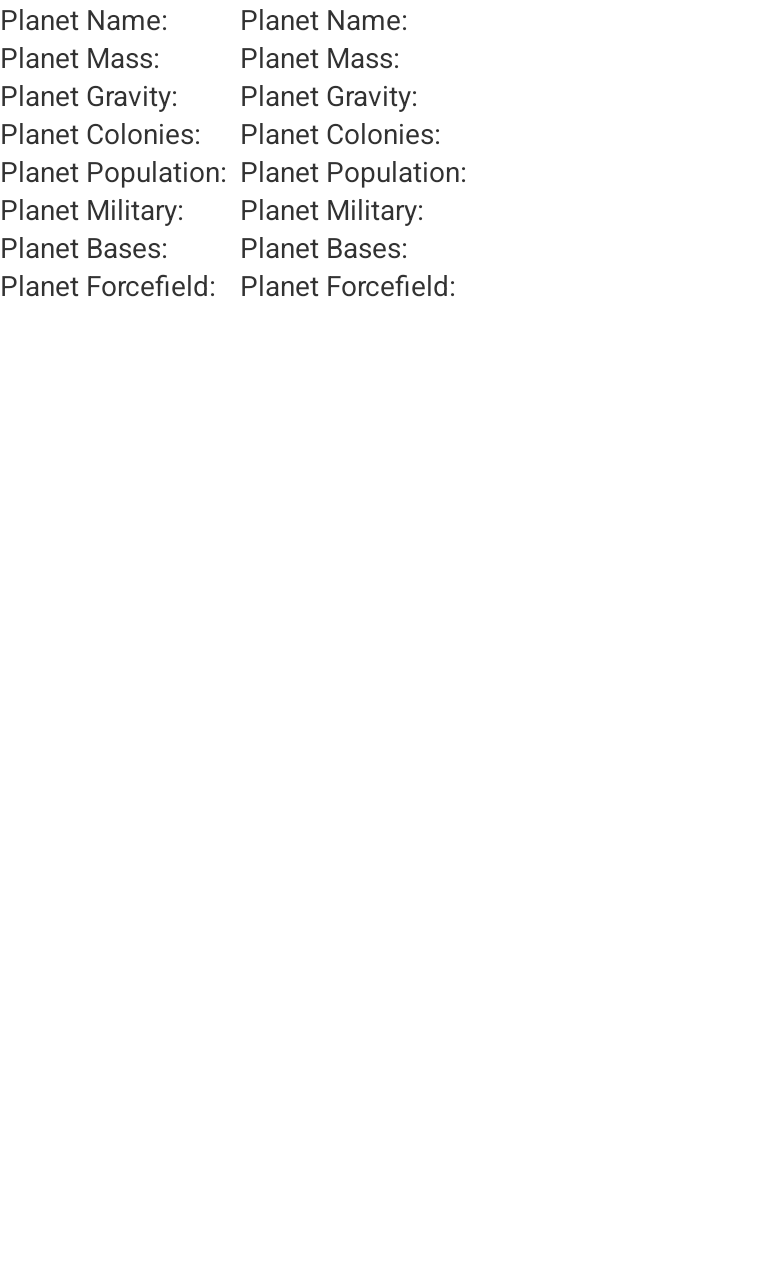
Repository: blender-head/android_basic
Layout: Hello_World/res/layout/activity_main.xml
These files come from the project's save history. The layout is drawn as it stood at one moment and after the next save; the edit follows.
It is drawn on a 768 x 1280 px phone screen (xhdpi) without system bars, with theme AppTheme; the app's code is not run. The app's manifest (not shown) leaves right-to-left support off. So textAlignment, textDirection and layoutDirection are ignored, and left and right values win over start and end ones.

Above is the layout before, as saved 2013-12-31 16:51:14.

### Hello_World/res/layout/activity_main.xml
<RelativeLayout xmlns:android="http://schemas.android.com/apk/res/android"
    xmlns:tools="http://schemas.android.com/tools"
    android:layout_width="match_parent"
    android:layout_height="match_parent"
    tools:context=".MainActivity" >

    <!-- Planet Name label -->
	<TextView
        android:id="@+id/textView1"
        android:layout_width="wrap_content"
        android:layout_height="wrap_content"
        android:text="@string/planet_name_label" />

	<!-- Planet Name data -->
	<TextView
        android:id="@+id/dataView1"
        android:layout_toRightOf="@+id/textView1"
        android:layout_marginLeft="36dip"
        android:layout_width="wrap_content"
        android:layout_height="wrap_content"
        android:text="@string/planet_name_label" />

	<!-- Planet Mass label -->
	<TextView
        android:id="@+id/textView2"
        android:layout_below="@+id/textView1"
        android:layout_width="wrap_content"
        android:layout_height="wrap_content"
        android:text="@string/planet_mass_label" />

	<!-- Planet Gravity label -->
	<TextView
        android:id="@+id/textView3"
        android:layout_below="@+id/textView2"
        android:layout_width="wrap_content"
        android:layout_height="wrap_content"
        android:text="@string/planet_gravity_label" />

	<!-- Planet Gravity data -->
	<TextView
        android:id="@+id/dataView3"
        android:layout_toRightOf="@+id/textView3"
        android:layout_alignStart="@+id/dataView1"
        android:layout_below="@+id/dataView2"
        android:layout_width="wrap_content"
        android:layout_height="wrap_content"
        android:text="@string/planet_gravity_label" />

	<!-- Planet Colonies label -->
	<TextView
        android:id="@+id/textView4"
        android:layout_below="@+id/textView3"
        android:layout_width="wrap_content"
        android:layout_height="wrap_content"
        android:text="@string/planet_colonies_label" />

	<!-- Planet Colonies data -->
	<TextView
        android:id="@+id/dataView4"
        android:layout_toRightOf="@+id/textView4"
        android:layout_alignStart="@+id/dataView1"
        android:layout_below="@+id/dataView3"
        android:layout_width="wrap_content"
        android:layout_height="wrap_content"
        android:text="@string/planet_colonies_label" />

	<!-- Planet Poulation label -->
	<TextView
        android:id="@+id/textView5"
        android:layout_below="@+id/textView4"
        android:layout_width="wrap_content"
        android:layout_height="wrap_content"
        android:text="@string/planet_population_label" />

	<!-- Planet Poulation data -->
	<TextView
        android:id="@+id/dataView5"
        android:layout_toRightOf="@+id/textView5"
        android:layout_alignStart="@+id/dataView1"
        android:layout_below="@+id/dataView4"
        android:layout_width="wrap_content"
        android:layout_height="wrap_content"
        android:text="@string/planet_population_label" />

	<!-- Planet Military label -->
	<TextView
        android:id="@+id/textView6"
        android:layout_below="@+id/textView5"
        android:layout_width="wrap_content"
        android:layout_height="wrap_content"
        android:text="@string/planet_military_label" />

	<!-- Planet Military data -->
	<TextView
        android:id="@+id/dataView6"
        android:layout_toRightOf="@+id/textView6"
        android:layout_alignStart="@+id/dataView1"
        android:layout_below="@+id/dataView5"
        android:layout_width="wrap_content"
        android:layout_height="wrap_content"
        android:text="@string/planet_military_label" />

	<!-- Planet Base label -->
	<TextView
        android:id="@+id/textView7"
        android:layout_below="@+id/textView6"
        android:layout_width="wrap_content"
        android:layout_height="wrap_content"
        android:text="@string/planet_bases_label" />

	<!-- Planet Base data -->
	<TextView
        android:id="@+id/dataView7"
        android:layout_toRightOf="@+id/textView7"
        android:layout_alignStart="@+id/dataView1"
        android:layout_below="@+id/dataView6"
        android:layout_width="wrap_content"
        android:layout_height="wrap_content"
        android:text="@string/planet_bases_label" />

	<!-- Planet Force Field label -->
	<TextView
        android:id="@+id/textView8"
        android:layout_below="@+id/textView7"
        android:layout_width="wrap_content"
        android:layout_height="wrap_content"
        android:text="@string/planet_forcefield_label" />

	<!-- Planet Force Field data -->
	<TextView
        android:id="@+id/dataView8"
        android:layout_toRightOf="@+id/textView8"
        android:layout_alignStart="@+id/dataView1"
        android:layout_below="@+id/dataView7"
        android:layout_width="wrap_content"
        android:layout_height="wrap_content"
        android:text="@string/planet_forcefield_label" />

	<!-- Planet Mass data -->
	<TextView
	    android:id="@+id/dataView2"
	    android:layout_width="wrap_content"
	    android:layout_height="wrap_content"
	    android:layout_alignBaseline="@+id/textView2"
	    android:layout_alignBottom="@+id/textView2"
	    android:layout_alignLeft="@+id/dataView1"
	    android:layout_alignStart="@+id/dataView1"
	    android:text="@string/planet_mass_label" />

</RelativeLayout>

### Hello_World/res/values/strings.xml
<?xml version="1.0" encoding="utf-8"?>
<resources>

    <string name="app_name">Hello_World</string>
    <string name="action_settings">Settings</string>
    <string name="hello_world">Hello world!</string>

    <string name="planet_name_label">Planet Name: </string>
	<string name="planet_mass_label">Planet Mass: </string>
	<string name="planet_gravity_label">Planet Gravity: </string>
	<string name="planet_colonies_label">Planet Colonies: </string>
	<string name="planet_population_label">Planet Population: </string>
	<string name="planet_military_label">Planet Military: </string>
	<string name="planet_bases_label">Planet Bases: </string>
	<string name="planet_forcefield_label">Planet Forcefield: </string>

</resources>

Loaded but not shown: Hello_World/res/values/styles.xml (common file); Hello_World/res/values-v11/styles.xml (common file); Hello_World/res/values-v14/styles.xml (common file)

After the next save:
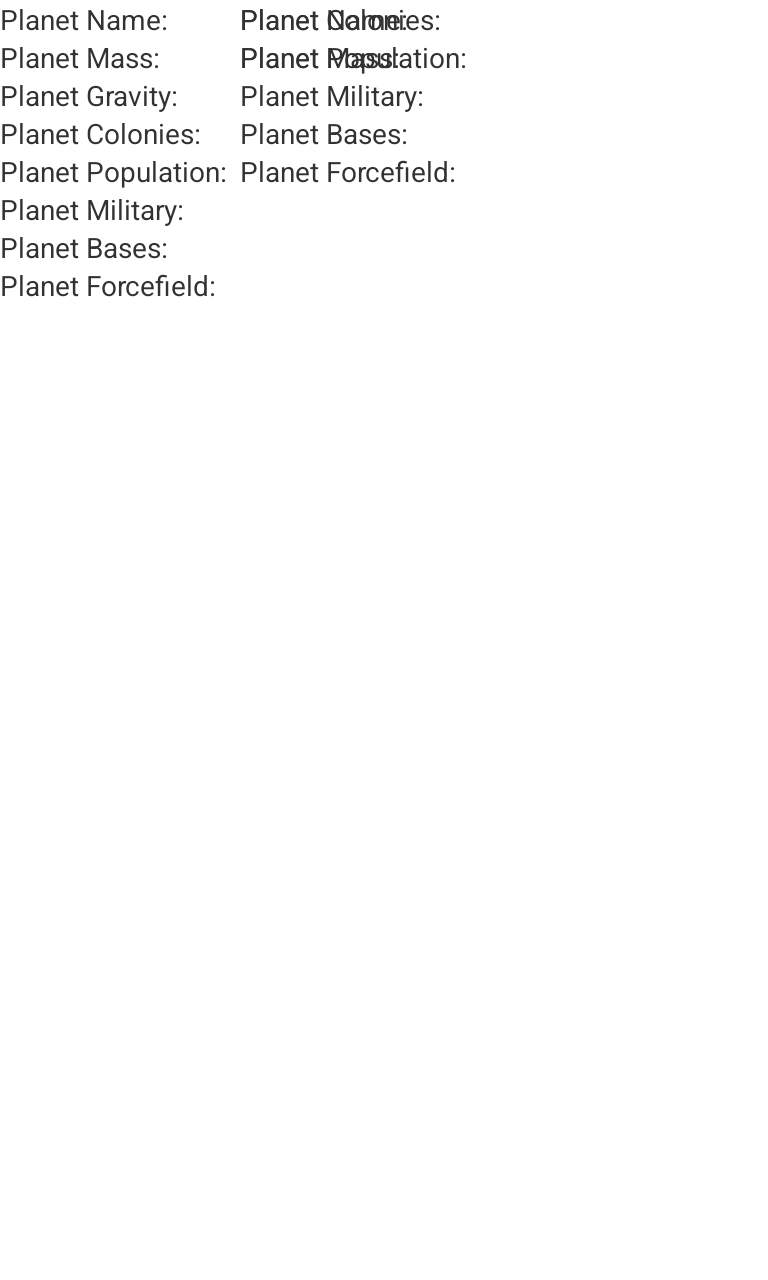
Saved 17 s later.
--- a/Hello_World/res/layout/activity_main.xml
+++ b/Hello_World/res/layout/activity_main.xml
@@ -32,16 +32,6 @@
 	<TextView
         android:id="@+id/textView3"
         android:layout_below="@+id/textView2"
-        android:layout_width="wrap_content"
-        android:layout_height="wrap_content"
-        android:text="@string/planet_gravity_label" />
-
-	<!-- Planet Gravity data -->
-	<TextView
-        android:id="@+id/dataView3"
-        android:layout_toRightOf="@+id/textView3"
-        android:layout_alignStart="@+id/dataView1"
-        android:layout_below="@+id/dataView2"
         android:layout_width="wrap_content"
         android:layout_height="wrap_content"
         android:text="@string/planet_gravity_label" />

After the save that followed:
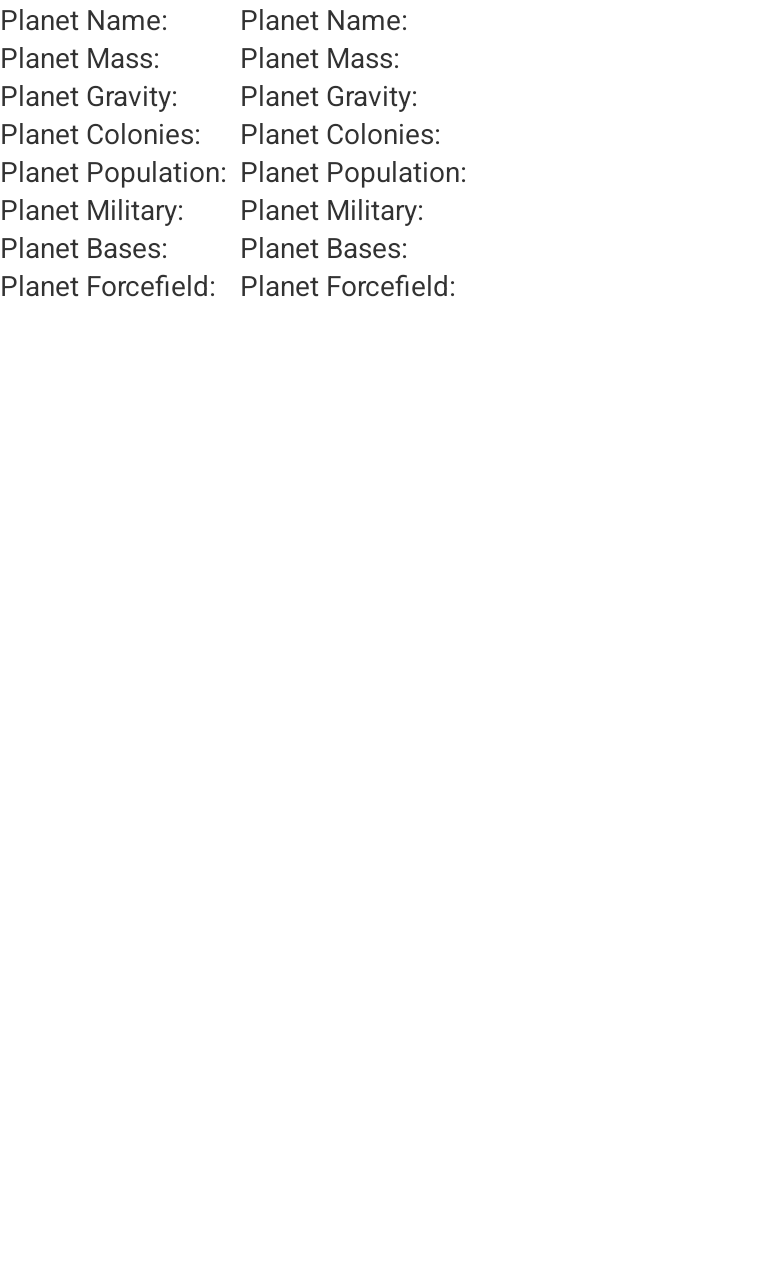
Saved 8 s later.
--- a/Hello_World/res/layout/activity_main.xml
+++ b/Hello_World/res/layout/activity_main.xml
@@ -137,4 +137,14 @@
 	    android:layout_alignStart="@+id/dataView1"
 	    android:text="@string/planet_mass_label" />
 
+	<!-- Planet Gravity data -->
+	<TextView
+        android:id="@+id/dataView3"
+        android:layout_toRightOf="@+id/textView3"
+        android:layout_alignStart="@+id/dataView1"
+        android:layout_below="@+id/dataView2"
+        android:layout_width="wrap_content"
+        android:layout_height="wrap_content"
+        android:text="@string/planet_gravity_label" />
+
 </RelativeLayout>
